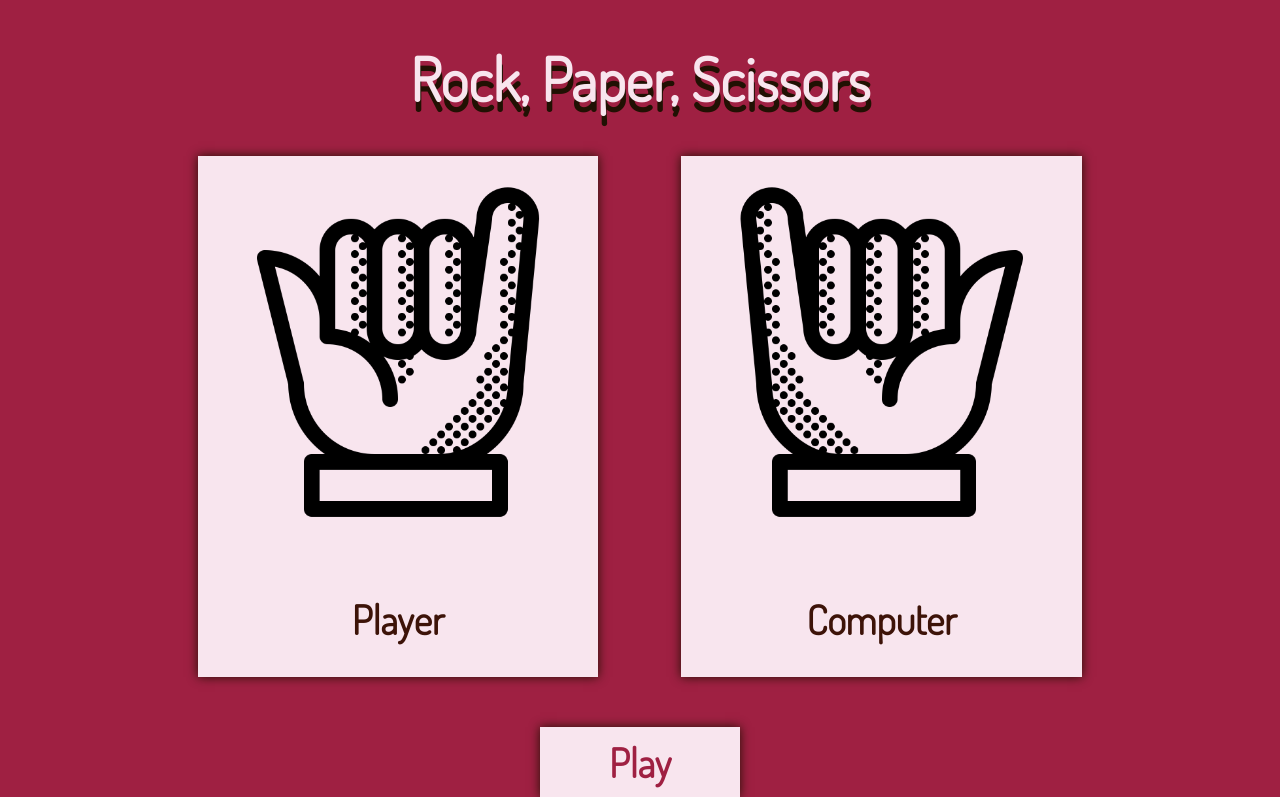
Repository: shayanabedi98/rock-paper-scissors
Page: index.html
These files come from the project's save history. The page is drawn as it stood at one moment and after the next save; the edit follows.
The browser window is 1280 px wide. The pictures show the whole page.

Above is the page before, as saved 2023-07-13 19:49:50.

After the next save:
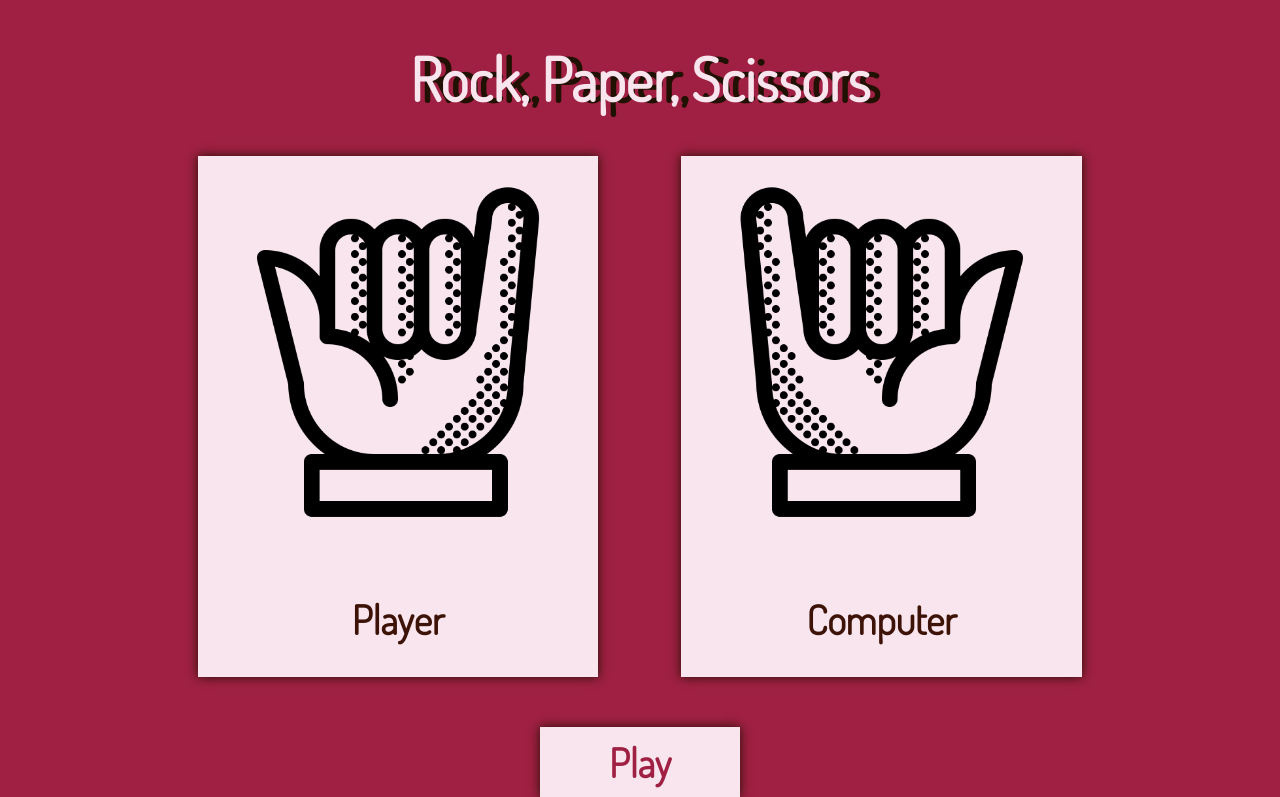
Saved 10 s later.
--- a/styles.css
+++ b/styles.css
@@ -8,7 +8,7 @@ body {
 
 h1 {
     font-size: 60px;
-    text-shadow: 1px 10px  #211103;
+    text-shadow: 10px 1px  #211103;
 }
 
 .header {
